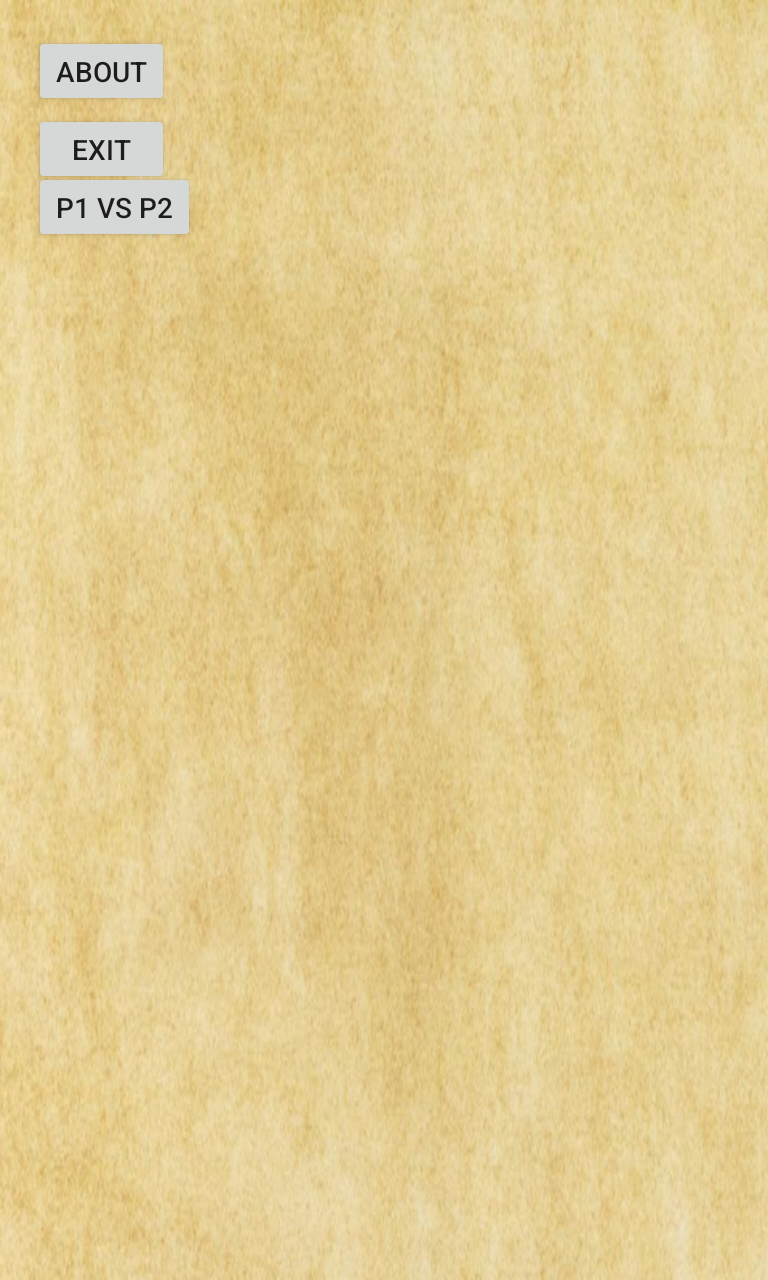
Repository: dtakiy/jogovelha
Layout: games/res/layout/activity_main.xml
These files come from the project's save history. The layout is drawn as it stood at one moment and after the next save; the edit follows.
It is drawn on a 768 x 1280 px phone screen (xhdpi) without system bars, with theme AppTheme; the app's code is not run.

Above is the layout before, as saved 2014-09-18 04:01:52.

After the next save:
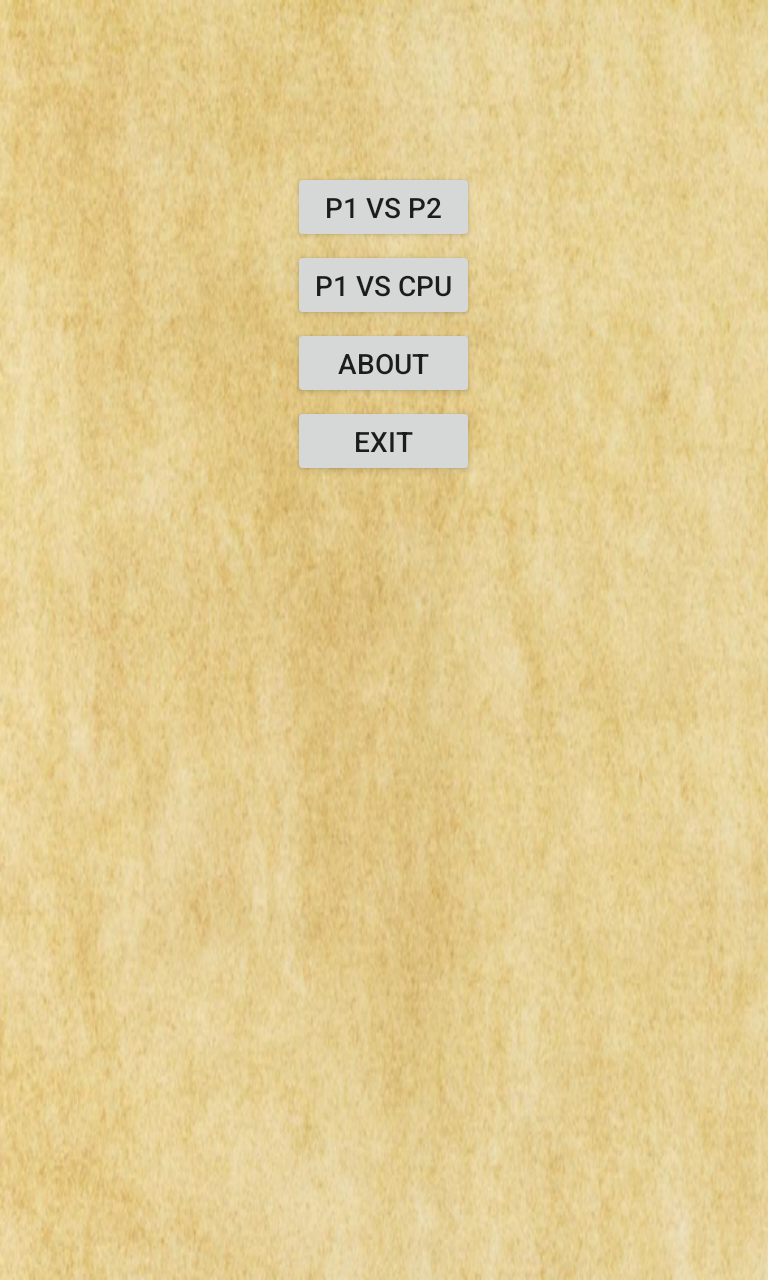
Saved 1 s later.
--- a/games/res/layout/activity_main.xml
+++ b/games/res/layout/activity_main.xml
@@ -20,6 +20,15 @@
 	      android:minHeight="20dip"
 	      android:minWidth="20dip"
 	      android:text="@string/p1" />
+	  <Button
+	      android:id="@+id/cpu"
+	      android:layout_width="wrap_content"
+	      android:layout_height="wrap_content"
+	      android:layout_below="@+id/p1"
+	      android:layout_centerHorizontal="true"
+	      android:minHeight="20dip"
+	      android:minWidth="20dip"
+	      android:text="@string/cpu" />
 
 	  	  <Button
 	  	      android:id="@+id/about"
